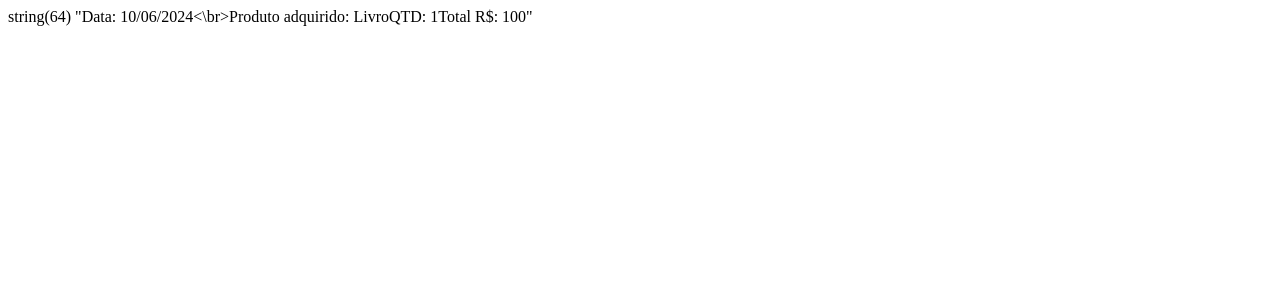
Repository: DiegoCamaraDev/exercicioPhp
Page: http://localhost/vendas.php
An editor plug-in stored every save of this project. The page is shown before and after a run of saves, followed by the edit.
The browser window is 1280 px wide. The pictures show the whole page.
The page is run by PHP 8.4 with error messages shown; the project is at /var/www/html/.

Above is the page before, as saved 2024-06-10 15:14:24.

### vendas.php
<?php

class Venda

{
    private $data;
    private $produto;
    private $qtdProduto;
    private $valorTotal;

    public function __construct($data, $produto, $qtdProduto, $valorTotal)
    {
        $this->data = $data;
        $this->produto = $produto;
        $this->qtdProduto = $qtdProduto;
        $this->valorTotal = $valorTotal;

    }

    public function informacaoVenda()
    {
       return 'Data: ' . $this->data . '<\br>'.'Produto adquirido: ' . $this->produto . 'QTD: ' . $this->qtdProduto . 'Total R$: ' . $this->valorTotal;

    }
}

$produtoVendido = new Venda(
    '10/06/2024',
    'Livro',
    '1',
    100.00
);

var_dump($produtoVendido->informacaoVenda());

?>

After the next 3 saves:
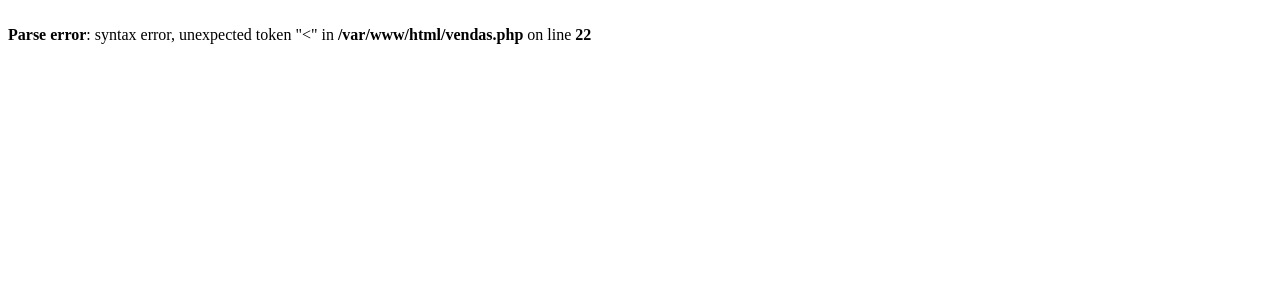
The 3 saves are shown as one change because they came seconds apart.
The last was saved 13 s later.
--- a/vendas.php
+++ b/vendas.php
@@ -19,7 +19,7 @@
 
     public function informacaoVenda()
     {
-       return 'Data: ' . $this->data . '<\br>'.'Produto adquirido: ' . $this->produto . 'QTD: ' . $this->qtdProduto . 'Total R$: ' . $this->valorTotal;
+       return 'Data: ' . $this->data . <\n>.'Produto adquirido: ' . $this->produto . 'QTD: ' . $this->qtdProduto . 'Total R$: ' . $this->valorTotal;
 
     }
 }

After the save that followed:
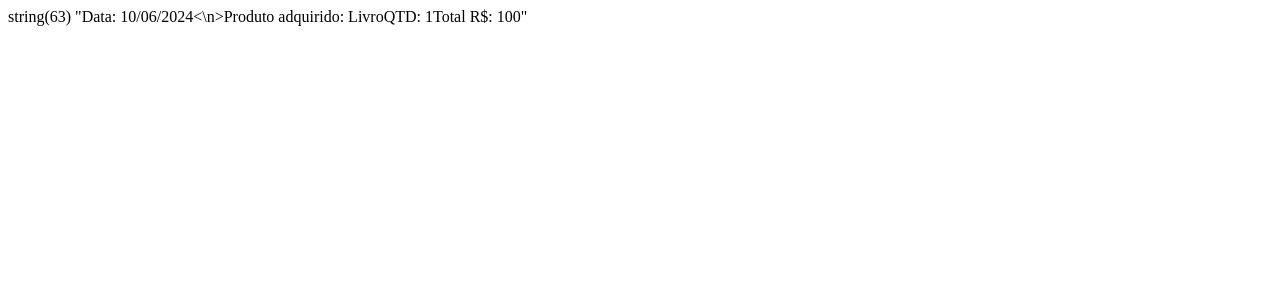
Saved 7 s later.
--- a/vendas.php
+++ b/vendas.php
@@ -19,7 +19,7 @@
 
     public function informacaoVenda()
     {
-       return 'Data: ' . $this->data . <\n>.'Produto adquirido: ' . $this->produto . 'QTD: ' . $this->qtdProduto . 'Total R$: ' . $this->valorTotal;
+       return 'Data: ' . $this->data . '<\n>'.'Produto adquirido: ' . $this->produto . 'QTD: ' . $this->qtdProduto . 'Total R$: ' . $this->valorTotal;
 
     }
 }
